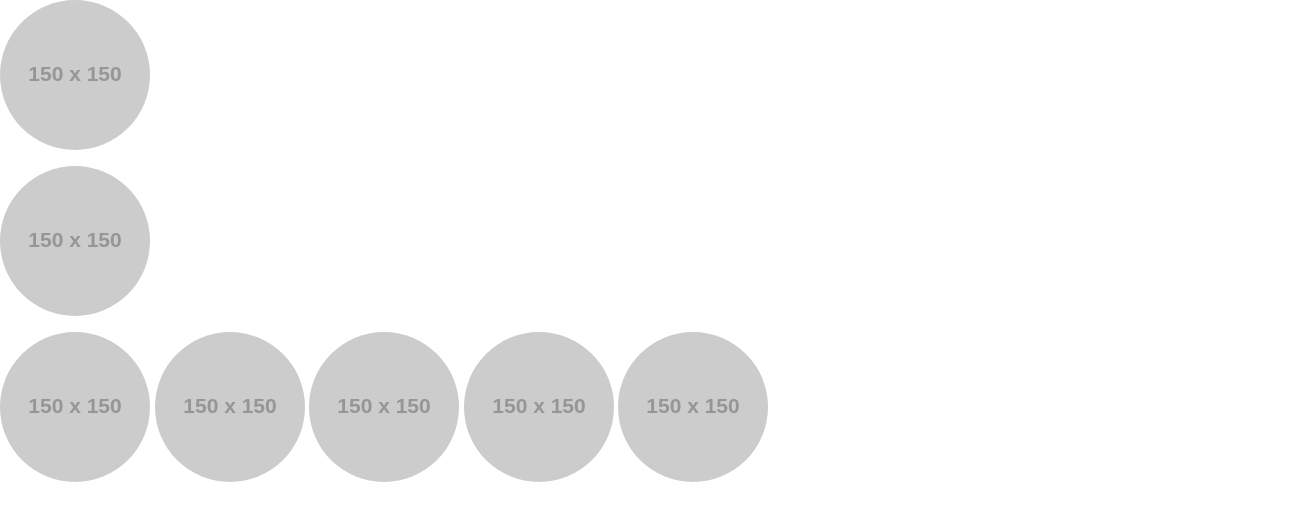
Repository: rsusolutions/RSU-Website
Page: quiz/index.html
These files come from the project's save history. The page is drawn as it stood at one moment and after the next save; the edit follows.
The browser window is 1280 px wide. The page is 1280 px wide, then 1295 px, so the pictures cover 1295 px, including what lies to the right of the window. The pictures show the whole page.
Some web libraries are served in a nearby version.

Above is the page before, as saved 2020-04-21 17:54:42.

After the next save:
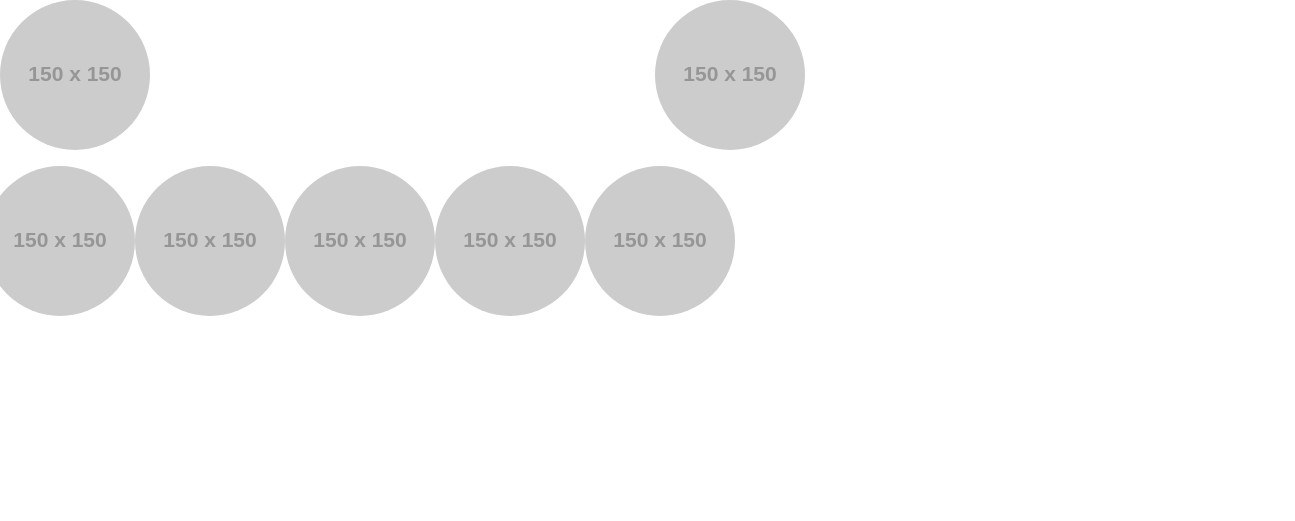
Saved 51 s later.
--- a/quiz/index.html
+++ b/quiz/index.html
@@ -13,12 +13,12 @@
     <title>quiz</title>
   </head>
   <body>
+    <section class="section-preview row">
 
-
-                <div class="rounded-circle mb-2">
+                <div class="rounded-circle mb-2 col-sm-6">
 <img class="rounded-circle mb-2" alt="150x150" src="https://placehold.it/150x150" data-holder-rendered="true">
                 </div>
-                <div class="rounded-circle mb-2">
+                <div class="rounded-circle mb-2 col-sm-6">
 <img class="rounded-circle mb-2" alt="150x150" src="https://placehold.it/150x150" data-holder-rendered="true">
                 </div>
 
@@ -34,7 +34,7 @@
 
 
 
-
+    </section>
     <!-- Optional JavaScript -->
     <!-- jQuery first, then Popper.js, then Bootstrap JS -->
     <script src="https://code.jquery.com/jquery-3.2.1.slim.min.js" integrity="sha384-KJ3o2DKtIkvYIK3UENzmM7KCkRr/rE9/Qpg6aAZGJwFDMVNA/GpGFF93hXpG5KkN" crossorigin="anonymous"></script>
